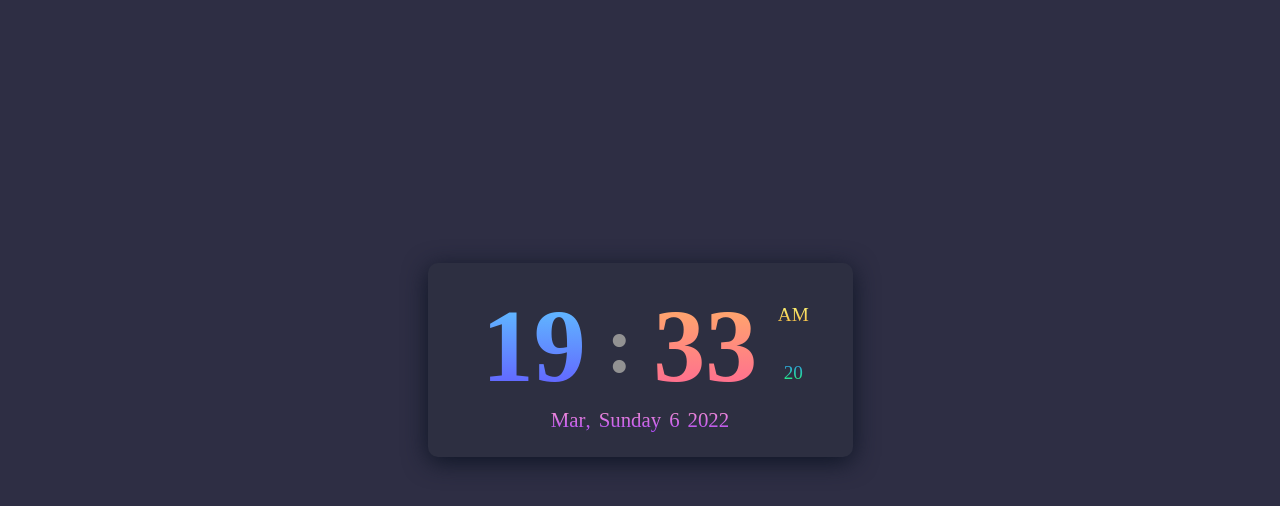
Repository: QUANGTHAI2003/digital-clock
Page: index.html
These files come from the project's save history. The page is drawn as it stood at one moment and after the next save; the edit follows.
The browser window is 1280 px wide. The pictures show the whole page.

Above is the page before, as saved 2022-03-26 20:21:19.

### index.html
<!DOCTYPE html>
<html lang="en">
    <head>
        <meta charset="UTF-8" />
        <meta http-equiv="X-UA-Compatible" content="IE=edge" />
        <meta name="viewport" content="width=device-width, initial-scale=1.0" />
        <title>Digital-Clock</title>
        <link rel="stylesheet" href="style.css" />
        <link rel="stylesheet" href="https://unicons.iconscout.com/release/v4.0.0/css/line.css" />
    </head>
    <body>
        <div class="digital-clock">
            <div class="time">
                <span class="hours">08</span>
                <span class="dots">:</span>
                <span class="minutes">30</span>
                <div class="right-side">
                    <span class="period">PM</span>
                    <span class="seconds">20</span>
                </div>
            </div>
            <div class="calendar">
                <span class="month-name">Mar</span>,
                <span class="day-name">Sunday</span>
                <span class="day-number">6</span>
                <span class="year">2022</span>
            </div>
        </div>
        <script src="./app.js"></script>
    </body>
</html>

### style.css
@import url('https://fonts.googleapis.com/css2?family=Poppins:ital,wght@0,100;0,200;0,300;0,400;0,500;0,600;0,700;0,800;0,900;1,100;1,200;1,300;1,400;1,500;1,600;1,700;1,800;1,900&display=swap');

* {
    margin: 0;
    padding: 0;
    box-sizing: border-box;
    font-family: 'Poppins'sans-serif;
}

body {
    min-height: 100vh;
    display: flex;
    justify-content: center;
    align-items: center;
    background: #2e2e44;
}

.digital-clock {
    position: relative;
    color: #fff;
    background: #2d2f41;
    width: 425px;
    padding: 20px 45px;
    box-shadow: 0 5px 25px rgba(14, 21, 37, 08);
    border-radius: 10px;
    display: flex;
    justify-content: center;
    align-items: center;
    flex-direction: column;
}

.time {
    position: relative;
    display: flex;
    justify-content: center;
    align-items: center;
}

.hours,
.dots,
.minutes {
    display: flex;
    justify-content: center;
    align-items: center;
    font-weight: 600;
    padding: 0 10px;
    line-height: 125px;
}

.hours,
.minutes {
    font-size: 6.5em;
    width: 125px;
}

.dots {
    font-size: 5em;
    color: #929292;
}

.hours {
    background: -webkit-linear-gradient(90deg, #634dff, #5fd4ff);
    -webkit-text-fill-color: transparent;
    -webkit-background-clip: text;
}

.minutes {
    background: -webkit-linear-gradient(90deg, #ff5e9a, #ffb960);
    -webkit-text-fill-color: transparent;
    -webkit-background-clip: text;
}

.right-side {
    position: relative;
    display: flex;
    justify-content: center;
    align-items: center;
    flex-direction: column;
    margin-left: 10px;
}

.period,
.seconds {
    font-size: 1.2em;
    font-weight: 500;
}

.period {
    transform: translateY(-20px);
    background: -webkit-linear-gradient(90deg, #f7b63f, #faf879);
    -webkit-text-fill-color: transparent;
    -webkit-background-clip: text;
}

.seconds {
    transform: translateY(16px);
    background: -webkit-linear-gradient(90deg, #24ff6d, #2f93f1);
    -webkit-text-fill-color: transparent;
    -webkit-background-clip: text;
}

.calendar {
    display: flex;
    justify-content: center;
    align-items: center;
    font-size: 1.3em;
    font-weight: 500;
    margin-bottom: 5px;
    background: -webkit-linear-gradient(90deg, #ae4af6, #ff98d1);
    -webkit-text-fill-color: transparent;
    -webkit-background-clip: text;
}

.day-name,
.day-number,
.year {
    margin-left: 8px;
}

### app.js
function clock() {
    var today = new Date();
    var hours = today.getHours();
    var minutes = today.getMinutes();
    var seconds = today.getSeconds();
    var period = "AM"

    document.querySelector(".hours").innerHTML = hours;
    document.querySelector(".minutes").innerHTML = minutes;
    document.querySelector(".seconds").innerHTML = seconds;
    document.querySelector(".period").innerHTML = period;
}

var updateClock = setInterval(clock, 1000);

After the next save:
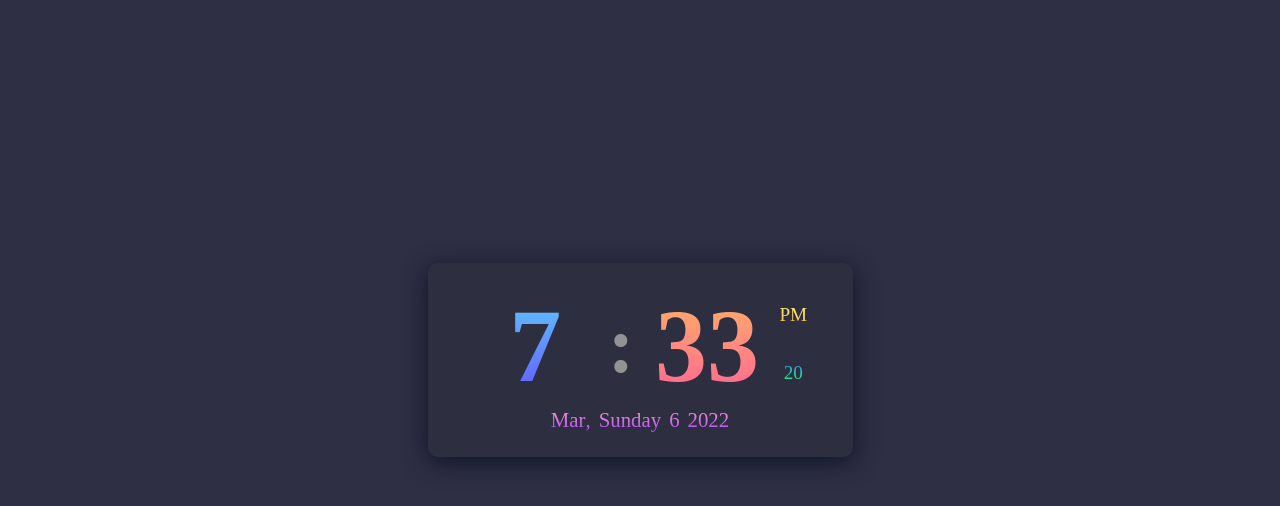
Saved 7 min 10 s later.
--- a/app.js
+++ b/app.js
@@ -4,6 +4,13 @@ function clock() {
     var minutes = today.getMinutes();
     var seconds = today.getSeconds();
     var period = "AM"
+
+    // Set the time period(AM or PM)
+    if (hours >= 12) {
+        period = "PM";
+    }
+
+    hours = hours > 12 ? hours % 12 : hours
 
     document.querySelector(".hours").innerHTML = hours;
     document.querySelector(".minutes").innerHTML = minutes;
